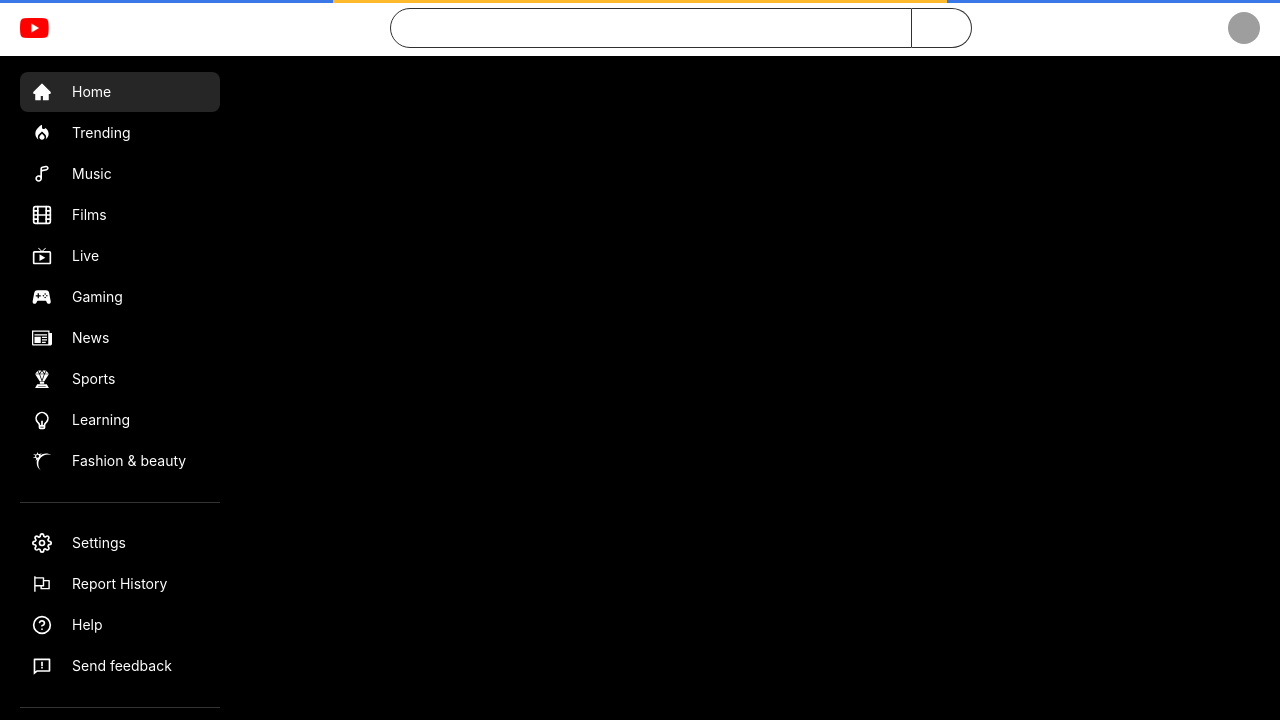
Repository: deepakbind/youtube_lite
Page: /
These files come from the project's save history. The page is drawn as it stood at one moment and after the next save; the edit follows.
The browser window is 1280 px wide. The pictures show the whole page.
Pictures or frames that could not be fetched are drawn as grey boxes. The page's requests for data from a server got no answer. The project was rebuilt for these pictures with package versions that can differ from the ones it lists, and the page was loaded fresh each time. No one was signed in, and anything a server would have sent is missing. Also part of the build but not shown: src/shared/videoLength.jsx, src/components/VideoCard.jsx, src/components/SearchResultVideoCard.jsx, src/components/SearchResult.jsx, src/components/SuggestionVideoCard.jsx, src/components/VideoDetails.jsx.

Above is the page before, as saved 2023-03-01 20:57:53.

### public/index.html
<!DOCTYPE html>
<html lang="en">
  <head>
    <meta charset="utf-8" />
    <link rel="icon" href="%PUBLIC_URL%/favicon.ico" />
    <meta name="viewport" content="width=device-width, initial-scale=1" />
    <meta name="theme-color" content="#000000" />
    <meta
      name="description"
      content="Web site created using create-react-app"
    />
    <link rel="apple-touch-icon" href="%PUBLIC_URL%/logo192.png" />

    <link rel="manifest" href="%PUBLIC_URL%/manifest.json" />

    <title>Youtube</title>
  </head>
  <body>
    <div id="root"></div>

  </body>
</html>

### src/index.js
import React from "react";
import  ReactDOM  from "react-dom/client";
import './index.css';
import App from './App';

const root = ReactDOM.createRoot(document.getElementById("root"));
root.render(<App/>);

### src/App.js
import React from 'react';
import { BrowserRouter, Routes, Route } from 'react-router-dom';

import Header from './components/Header';
import Feed from './components/Feed';
import SearchResult from './components/SearchResult';
import VideoDetails from './components/VideoDetails';
import { AppContext } from './context/contextApi';
const App = () => {
  return (
    <AppContext>
      <BrowserRouter>
        <div className='flex flex-col h-full'>
          <Header />
          <Routes>
            <Route path='/' exact element={<Feed />} />
            <Route path='/searchResult/:searchQuery' element={<SearchResult />} />
            <Route path='/video/:id' element={<VideoDetails />} />
          </Routes>
        </div>
      </BrowserRouter>
    </AppContext>
  );
};

export default App;

### src/components/Header.jsx
import React, { useContext, useState } from "react";
import { Link, useLocation, useNavigate } from "react-router-dom";

import ytLogo from "../images/yt-logo.png";
import ytLogoMobile from "../images/yt-logo-mobile.png";

import { SlMenu } from "react-icons/sl";
import { IoIosSearch } from "react-icons/io";
import { RiVideoAddLine } from "react-icons/ri";
import { FiBell } from "react-icons/fi";
import { CgClose } from "react-icons/cg";

import { Context } from "../context/contextApi";
import Loader from "../shared/loader";

const Header = () => {
    const [searchQuery, setSearchQuery] = useState("");

    const { loading, mobileMenu, setMobileMenu } = useContext(Context);

    const navigate = useNavigate();

    const searchQueryHandler = (event) => {
        if ((event?.key === "Enter" || event === "searchButton") && searchQuery?.length > 0) {
            navigate(`/searchResult/${searchQuery}`);
        }
    };

    const mobileMenuToggle = () => {
        setMobileMenu(!mobileMenu);
    };

    const { pathname } = useLocation();
    const pageName = pathname?.split("/")?.filter(Boolean)?.[0]

    return (
        <div className="sticky top-0 z-10 flex flex-row items-center justify-between h-14 px-4 md:px-5 bg-white dark:bg-gr">
            {loading && <Loader />}

            <div className="flex h-5 items-center">
                {pageName !== "video" && (
                    <div
                        className="flex md:hidden md:mr-6 cursor-pointer items-center justify-center h-10 w-10 rounded-full hover:bg-[#303030]/[0.6]"
                        onClick={mobileMenuToggle}
                        >
                        {mobileMenu ? (
                            <CgClose className="text-white text-xl" />
                        ) : (
                            <SlMenu className="text-white text-xl" />
                        )}
                    </div>
                )}
                <Link to="/" className="flex h-5 items-center">
                    <img
                        className="h-full hidden md:block"
                        src={ytLogo}
                        alt="Youtube" />
                    <img
                        className="h-full md:hidden"
                        src={ytLogoMobile}
                        alt="Youtube" />
                </Link>
            </div>
            <div className="group flex items-center">
                <div className="flex h-8 md:h-10 md:ml-10 md:pl-5 border border-[#303030] rounded-l-3xl group-focus-within:border-blue-500 md:group-focus-within:ml-5 md:group-focus-within:pl-0">
                    <div className="w-10 items-center justify-center hidden group-focus-within:md:flex">
                        <IoIosSearch className="text-white text-xl" />
                    </div>
                    <input
                        type="text"
                        className="bg-transparent outline-none text-white pr-5 pl-5 md:pl-0 w-44 md:group-focus-within:pl-0 md:w-64 lg:w-[500px]"
                        onChange={(e) => setSearchQuery(e.target.value)}
                        onKeyUp={searchQueryHandler}
                        value={searchQuery}
                    />
                </div>
                <button className="w-[400px] md:w-[60px] h-8 md:h-10 flex items-center justify-center border border-l-0 border-[#303030] rounded-r-3xl bg-white/[0.1]">
                    <IoIosSearch className="text-white text-xl" />
                </button>
            </div>
            <div className="flex items-center">
                <div className=" hidden dark:md:flex">
                    <div className="flex items-center justify-center h-10 w-10 rounded-full hover:bg-[#303030]/[0.6]">
                        <RiVideoAddLine className="text-white text-xl cursor-pointer" />
                    </div>
                    <div className="flex items-center justify-center ml-2 h-10 w-10 rounded-full hover:bg-[#303030]/[0.6]">
                        <FiBell className="text-white text-xl cursor-pointer" />
                    </div>
                </div>
                <div className="flex h-8 w-8 overflow-hidden rounded-full md:ml-4">
                        <img src="https://xsgames.co/randomusers/assets/avatars/female/27.jpg" />
                    </div>
            </div>
        </div>
    );
};
export default Header;

### src/components/Feed.jsx
import React, { useContext, useEffect } from "react";

import { Context } from "../context/contextApi";
import LeftNav from "./LeftNav";
import VideoCard from "./VideoCard";

const Feed = () => {
  const { loading, searchResults } = useContext(Context);

  useEffect(()=> {
document.getElementById("root").classList.remove("custom-h");
  },[]);

  return (
    <div className="flex flex-row h-[calc(100%-56px)]">
      <LeftNav />
      <div className="grow w-[calc(100%-240px)] h-full overflow-y-auto bg-black">
        <div className="grid grid-cols-1 md:grid-cols-2 lg:grid-cols-3 xl:grid-cols-4 gap-4 p-5">
          {!loading &&
            searchResults &&
            searchResults?.map((item) => {
              if (item?.type !== "video") return false;
              return (
                <VideoCard
                  key={item?.video?.videoId}
                  video={item?.video}
                />
              );
            })}
        </div>
      </div>
    </div>
  );
};

export default Feed;

### src/context/contextApi.js
import React, { createContext, useState, useEffect } from "react";

import { fetchDataFromApi } from "../utils/api";
export const Context = createContext();

export const AppContext = (props) => {
    const [loading, setLoading] = useState(false);
    const [searchResults, setSearchResults] = useState([]);
    const [selectCategories, setSelectCategories] = useState("New");
    const [mobileMenu, setMobileMenu] = useState(false);

    useEffect(() => {
        fetchSelectedCategoryData(selectCategories);
    }, [selectCategories]);

    const fetchSelectedCategoryData = (query) => {
        setLoading(true);
        fetchDataFromApi(`search/?q=${query}`).then(({ contents }) => {
            console.log(contents);
            setSearchResults(contents);
            setLoading(false);
        });
    };

    return (
        <Context.Provider
            value={{
                loading,
                setLoading,
                searchResults,
                selectCategories,
                setSelectCategories,
                mobileMenu,
                setMobileMenu,
            }}
        >
            {props.children}
        </Context.Provider>
    );
};

### src/shared/loader.jsx
import React from 'react';

const Loader = () => {
  return (
    <div className='load-bar'>
    <div className='bar'></div>
    <div className='bar'></div>
    <div className='bar'></div>
    </div>
  );
};

export default Loader;

### src/components/LeftNav.jsx
import React, { useContext } from "react";
import { useNavigate } from "react-router-dom";

import LeftNavMenuItem from "./LeftNavMenuItem";
import { categories } from "../utils/constants";
import { Context } from "../context/contextApi";

const LeftNav = () => {
    const {selectCategories, setSelectCategories, mobileMenu} = useContext(Context);

    const navigate = useNavigate();
    const clickHandler = (name, type) =>{
switch (type) {
    case "category":
    return setSelectCategories(name);
    case "home":
        return setSelectCategories(name);
        case "menu":
            return false;
    default:
        break;
}
      };

    return (
        <div className={`md:black w-[240px] overflow-y-auto h-full py-4 bg-black absolute md:relative z-10 translate-x-[-240px] md:translate-x-0 transition-all ${mobileMenu ? "translate-x-0" : " "}`}>
            <div className="flex px-5 flex-col">
                {categories.map((item) => {
                    return (
                        <React.Fragment key={item.name}>
                            <LeftNavMenuItem
                                text={item.type === "home" ? "Home" :item.name}
                                icon={item.icon}
                                action={()=>{
                                    clickHandler(item.name, item.type);
                                    navigate("/");
                                }}
                                className={`${selectCategories === item.name ? "bg-white/[0.15]" :""}`}
                            />
                            {item.divider && (
                                <hr className="my-5 border-white/[0.2]"/>
                            )}
                        </React.Fragment>
                    );
                })}
                <hr className="my-5 border-white/[0.2]"/>
                <div className="text-white/[0.5] text-[12px]">
                clone by : DEEPAK KUMAR BIND
                </div>
            </div>
        </div>
    );
};

export default LeftNav

### src/utils/api.js
import axios from "axios";
const BASE_URL = 'https://youtube138.p.rapidapi.com'
const options = {
    params: {hl: 'en', gl: 'US'},
    headers: {
      // 'X-RapidAPI-Key': process.env.REACT_APP_YOUTUBE_API_KEY,
      'X-RapidAPI-Key': '63fbd6d704mshaceeb7f09200ab1p10dd8fjsnc5c94eaca95f',
    'X-RapidAPI-Host': 'youtube138.p.rapidapi.com'
    }
  };

 export const fetchDataFromApi = async(url) => {
    const {data} = await axios.get(`${BASE_URL}/${url}`, options);
    return data;
  }

### src/components/LeftNavMenuItem.jsx
import React from 'react'

const LeftNavMenuItem = ({ text, icon, className, action }) => {
  return <div className={"text-white text-sm cursor-pointer h-10 flex items-center px-3 mb-[1px] rounded-lg hover:bg-white/[0.15] " + className}
  onClick={action}
  >
    <span className='text-xl mr-5'>{icon}</span>
    {text}
  </div>

}

export default LeftNavMenuItem

### src/utils/constants.js
import React from "react";

import { AiFillHome, AiOutlineFlag } from "react-icons/ai";
import { MdLocalFireDepartment, MdLiveTv } from "react-icons/md";
import { CgMusicNote } from "react-icons/cg";
import { FiFilm } from "react-icons/fi";
import { IoGameControllerSharp } from "react-icons/io5";
import { ImNewspaper } from "react-icons/im";
import { GiDiamondTrophy, GiEclipse } from "react-icons/gi";
import { RiLightbulbLine, RiFeedbackLine } from "react-icons/ri";
import { FiSettings, FiHelpCircle } from "react-icons/fi";

export const categories = [
    { name: "New", icon: <AiFillHome />, type: "home" },
    { name: "Trending", icon: <MdLocalFireDepartment />, type: "category" },
    { name: "Music", icon: <CgMusicNote />, type: "category" },
    { name: "Films", icon: <FiFilm />, type: "category" },
    { name: "Live", icon: <MdLiveTv />, type: "category" },
    { name: "Gaming", icon: <IoGameControllerSharp />, type: "category" },
    { name: "News", icon: <ImNewspaper />, type: "category" },
    { name: "Sports", icon: <GiDiamondTrophy />, type: "category" },
    { name: "Learning", icon: <RiLightbulbLine />, type: "category" },
    {
        name: "Fashion & beauty",
        icon: <GiEclipse />,
        type: "category",
        divider: true,
    },
    { name: "Settings", icon: <FiSettings />, type: "menu" },
    { name: "Report History", icon: <AiOutlineFlag />, type: "menu" },
    { name: "Help", icon: <FiHelpCircle />, type: "menu" },
    { name: "Send feedback", icon: <RiFeedbackLine />, type: "menu" },
];

### tailwind.config.js
/** @type {import('tailwindcss').Config} */
module.exports = {
  content: ["./src/**/*.{js,jsx,ts,tsx}"],
  theme: {
    extend: {},
  },
  plugins: [require('@tailwindcss/line-clamp')],
};

Loaded but not shown: src/index.css (common file)

After the next save:
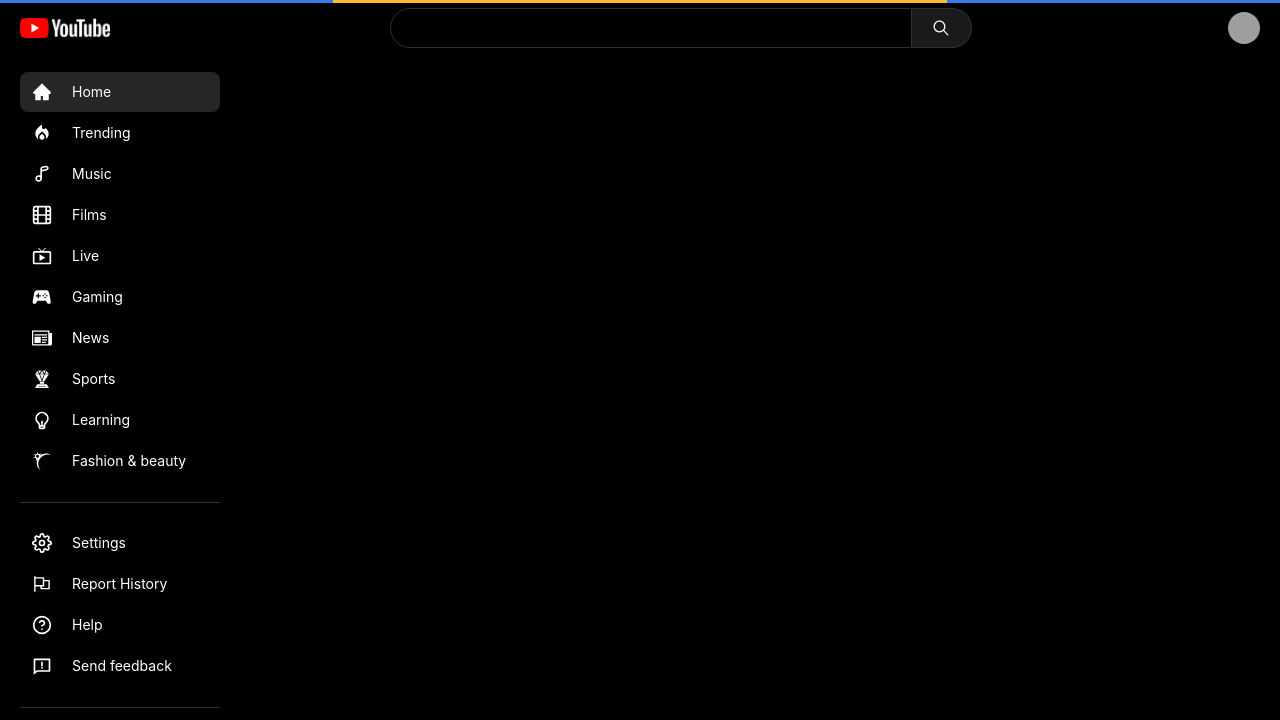
Saved 4 s later.
--- a/src/components/Header.jsx
+++ b/src/components/Header.jsx
@@ -34,7 +34,7 @@
     const pageName = pathname?.split("/")?.filter(Boolean)?.[0]
 
     return (
-        <div className="sticky top-0 z-10 flex flex-row items-center justify-between h-14 px-4 md:px-5 bg-white dark:bg-gr">
+        <div className="sticky top-0 z-10 flex flex-row items-center justify-between h-14 px-4 md:px-5 dark:bg-white bg-black">
             {loading && <Loader />}
 
             <div className="flex h-5 items-center">
